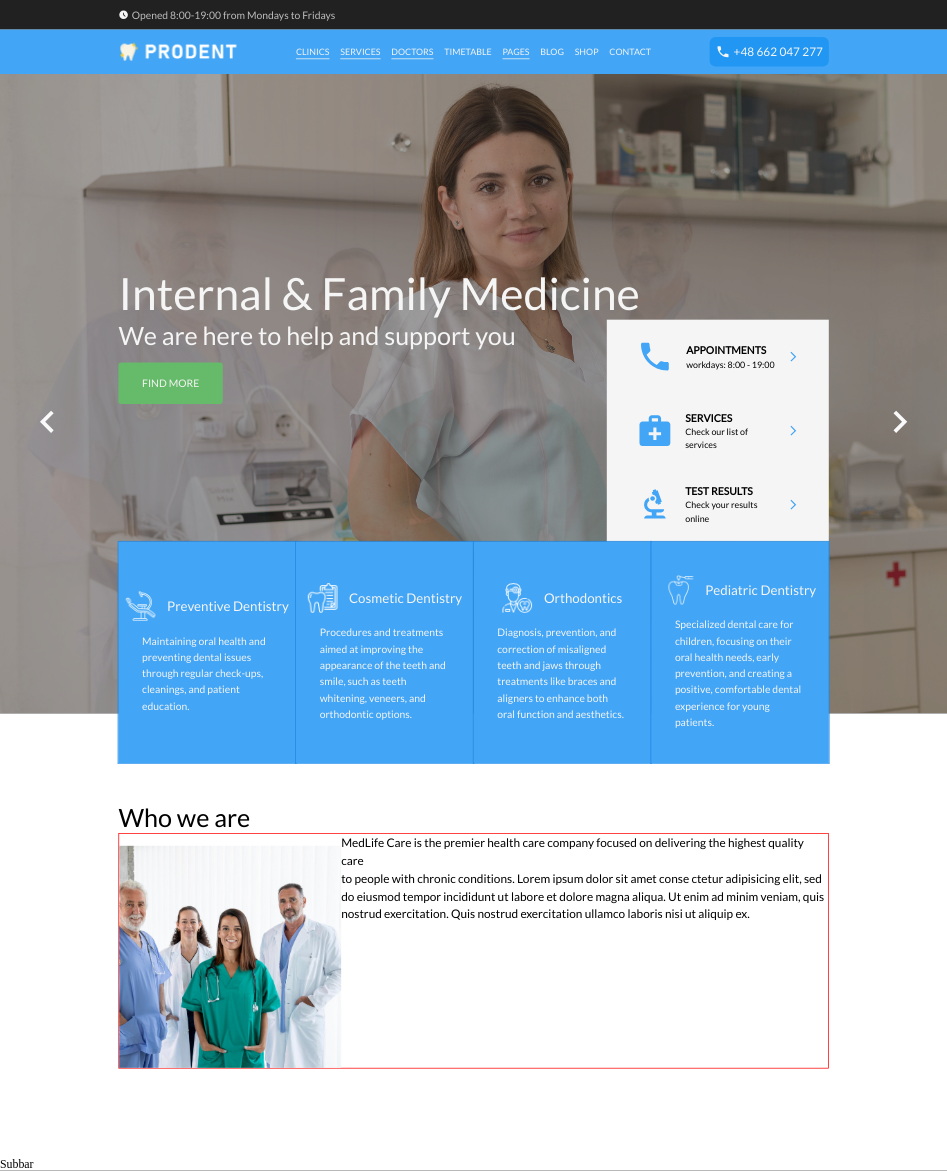
Repository: princ3-web/8
Page: /
An editor plug-in stored every save of this project. The page is shown before and after a run of saves, followed by the edit.
The browser window is 1280 px wide. The pictures show the whole page, at 74% of full size.
The project was rebuilt for these pictures with package versions that can differ from the ones it lists, and the page was loaded fresh each time. Also part of the build but not shown: vite.config.js, src/subpages/About.jsx, src/index.css.

Above is the page before, as saved 2023-11-02 15:16:48.

### index.html
<!doctype html>
<html lang="en">
  <head>
    <meta charset="UTF-8" />
    <link rel="icon" type="image/svg+xml" href="/vite.svg" />
    <meta name="viewport" content="width=device-width, initial-scale=1.0" />
    <title>Vite + React</title>
    <link rel="preconnect" href="https://fonts.googleapis.com">
    <link rel="preconnect" href="https://fonts.gstatic.com" crossorigin>
    <link href="https://fonts.googleapis.com/css2?family=Lato&display=swap" rel="stylesheet">
  </head>
  <body>
    <div id="root"></div>
    <script type="module" src="/src/main.jsx"></script>
  </body>
</html>

### src/App.jsx
import "./App.css";
import { Box } from "@mui/material";
import { Route, Routes } from "react-router-dom";
import Home from "./subpages/Home";
import About from "./subpages/About";
import Navbar from "./components/Navbar";
import Subbar from "./components/Subbar";
import { createTheme, ThemeProvider } from "@mui/material/styles";

function App() {

  const theme = createTheme({
    typography: {
      fontFamily: "Lato, sans-serif",
    },
  });



  return (
    <ThemeProvider theme={theme}>
    <Box>

      <Navbar />

      <Routes>
        <Route path="/" element={<Home />} />
        <Route path="/about" element={<About />} />
      </Routes>
      <Subbar />
    </Box>
    </ThemeProvider>
  );
}

export default App;

### src/App.css
body {
  padding: 0;
  margin: 0;
  overflow-x: "hidden";
}

### src/subpages/Home.jsx
import React, { useEffect, useState } from "react";
import { Box, CardMedia, Typography, Button, Fade } from "@mui/material";
import image1 from "../assets/images/1.jpg";
import image2 from "../assets/images/2.jpg";
import image3 from "../assets/images/3.jpg";
import image4 from "../assets/images/4.jpg";
import { green, grey, blue } from "@mui/material/colors";
import PhoneIcon from "@mui/icons-material/Phone";
import MedicalServicesIcon from "@mui/icons-material/MedicalServices";
import BiotechIcon from "@mui/icons-material/Biotech";
import ArrowForwardIosIcon from "@mui/icons-material/ArrowForwardIos";
import icon1 from "../assets/icons/1.png";
import icon2 from "../assets/icons/2.png";
import icon3 from "../assets/icons/3.png";
import icon4 from "../assets/icons/4.png";
import SingleCarousel from "../components/SingleCarousel";

const Menu = () => {
  const items0 = [
    {
      title: "Preventive Dentistry",
      text: "Maintaining oral health and preventing dental issues through regular check-ups, cleanings, and patient education.",
      icon: icon1,
    },
    {
      title: "Cosmetic Dentistry",
      text: "Procedures and treatments aimed at improving the appearance of the teeth and smile, such as teeth whitening, veneers, and orthodontic options.",
      icon: icon2,
    },
    {
      title: "Orthodontics",
      text: "Diagnosis, prevention, and correction of misaligned teeth and jaws through treatments like braces and aligners to enhance both oral function and aesthetics.      ",
      icon: icon3,
    },
    {
      title: "Pediatric Dentistry",
      text: "Specialized dental care for children, focusing on their oral health needs, early prevention, and creating a positive, comfortable dental experience for young patients.      ",
      icon: icon4,
    },
  ];

  const items1 = [
    {
      title: "APPOINTMENTS",
      text: "workdays: 8:00 - 19:00",
      icon: <PhoneIcon sx={{ color: blue[400], fontSize: "50px", mr: "1rem" }} />,
    },
    {
      title: "SERVICES",
      text: "Check our list of services",
      icon: <MedicalServicesIcon sx={{ color: blue[400], fontSize: "50px", mr: "1rem" }} />,
    },
    {
      title: "TEST RESULTS",
      text: "Check your results online",
      icon: <BiotechIcon sx={{ color: blue[400], fontSize: "50px", mr: "1rem" }} />,
    },
  ];

  return (
    <Box
      sx={{
        position: "absolute",
        display: "flex",
        flexDirection: "column",
        alignItems: "flex-end",
        boxSizing: "border-box",
        top: "60%",
        px: "160px",
        width: "100%",
      }}
    >
      <Box
        sx={{
          display: "flex",
          flexDirection: "column",
          justifyContent: "space-evenly",
          alignItems: "center",
          backgroundColor: grey[100],
          width: "300px",
          height: "300px",
        }}
      >
        {items1.map((item) => (
          <Box
            sx={{
              display: "flex",
              alignItems: "center",
              justifyContent: "space-between",
              width: "100%",
              height: "33%",
              boxSizing: "border-box",
              px: "40px",
              transition: "0.25s",
              ":hover": {
                backgroundColor: grey[300],
                cursor: "pointer",
              },
            }}
          >
            {item.icon}
            <Box>
              <Typography sx={{ fontSize: "14px", fontWeight: 600 }}>{item.title}</Typography>
              <Typography sx={{ fontSize: "12px" }}>{item.text}</Typography>
            </Box>
            <ArrowForwardIosIcon sx={{ color: blue[400], fontSize: "16px", ml: "1rem" }} />
          </Box>
        ))}
      </Box>
      <Box sx={{ display: "flex", width: "100%" }}>
        {items0.map((item) => (
          <Box
            sx={{
              display: "flex",
              flexDirection: "column",
              justifyContent: "center",
              alignItems: "center",
              backgroundColor: blue[400],
              width: "300px",
              height: "300px",
              outline: "1px solid " + blue[600],
              transition: "0.25s",
              ":hover": {
                backgroundColor: blue[500],
                cursor: "pointer",
              },
            }}
          >
            <Box sx={{ display: "flex", alignItems: "center", mb: "1rem" }}>
              <CardMedia
                component="img"
                src={item.icon}
                alt=""
                sx={{ width: "40px", mr: "1rem" }}
              />
              <Typography color={grey[100]} sx={{ fontSize: "18px" }}>
                {item.title}
              </Typography>
            </Box>
            <Typography color={grey[100]} variant="subtitle2" sx={{ px: "2rem" }}>
              {item.text}
            </Typography>
          </Box>
        ))}
      </Box>
    </Box>
  );
};

const Home = () => {
  const items0 = [
    {
      title: "Preventive Dentistry",
      text: "Maintaining oral health and preventing dental issues through regular check-ups, cleanings, and patient education.",
      icon: icon1,
    },
    {
      title: "Cosmetic Dentistry",
      text: "Procedures and treatments aimed at improving the appearance of the teeth and smile, such as teeth whitening, veneers, and orthodontic options.",
      icon: icon2,
    },
    {
      title: "Orthodontics",
      text: "Diagnosis, prevention, and correction of misaligned teeth and jaws through treatments like braces and aligners to enhance both oral function and aesthetics.      ",
      icon: icon3,
    },
    {
      title: "Pediatric Dentistry",
      text: "Specialized dental care for children, focusing on their oral health needs, early prevention, and creating a positive, comfortable dental experience for young patients.      ",
      icon: icon4,
    },
  ];

  const items1 = [
    {
      title: "APPOINTMENTS",
      text: "workdays: 8:00 - 19:00",
      icon: <PhoneIcon sx={{ color: blue[400], fontSize: "50px", mr: "1rem" }} />,
    },
    {
      title: "SERVICES",
      text: "Check our list of services",
      icon: <MedicalServicesIcon sx={{ color: blue[400], fontSize: "50px", mr: "1rem" }} />,
    },
    {
      title: "TEST RESULTS",
      text: "Check your results online",
      icon: <BiotechIcon sx={{ color: blue[400], fontSize: "50px", mr: "1rem" }} />,
    },
  ];

  const [currentImageIndex, setCurrentImageIndex] = useState(0);

  useEffect(() => {
    const interval = setInterval(() => {
      const nextIndex = (currentImageIndex + 1) % images.length;
      setCurrentImageIndex(nextIndex);
    }, 4000);

    return () => {
      clearInterval(interval);
    };
  }, [currentImageIndex]);

  const images = [image1, image2, image3, image4];

  return (
    <Box>
      <SingleCarousel images={images} />

      <Box sx={{ position: "absolute", top: "50%", left: "160px", zIndex: 1 }}>
        <Typography variant="h2" sx={{ color: grey[100] }}>
          Internal & Family Medicine
        </Typography>
        <Typography variant="h4" sx={{ color: grey[100] }}>
          We are here to help and support you
        </Typography>
        <Button
          sx={{
            backgroundColor: green[400],
            color: grey[100],
            py: "1rem",
            px: "2rem",
            mt: "1rem",
            "&:hover": {
              backgroundColor: green[700],
              cursor: "pointer",
            },
          }}
        >
          FIND MORE
        </Button>
      </Box>
      <Menu />
      <Box sx={{ boxSizing: "border-box", px: "160px", py: "120px" }}>
        <Typography variant="h4">Who we are</Typography>
        <Box sx={{ display: "flex", border:"1px solid red" }}>
          <CardMedia
            component="img"
            src={image1}
            alt=""
            sx={{ width: "300px", height: "300px", mt: "1rem" }}
          />
          <Box>
            <Typography>
              MedLife Care is the premier health care company focused on delivering the highest
              quality care
            </Typography>

          <Typography>
            to people with chronic conditions. Lorem ipsum dolor sit amet conse ctetur adipisicing
            elit, sed do eiusmod tempor incididunt ut labore et dolore magna aliqua. Ut enim ad
            minim veniam, quis nostrud exercitation. Quis nostrud exercitation ullamco laboris nisi
            ut aliquip ex.
          </Typography>
          </Box>
        </Box>
      </Box>
    </Box>
  );
};

export default Home;

### src/components/Navbar.jsx
import React from "react";
import { Box, Typography, CardMedia, Menu, MenuItem } from "@mui/material";
import { blue, grey } from "@mui/material/colors";
import PhoneIcon from "@mui/icons-material/Phone";
import AccessTimeFilledIcon from "@mui/icons-material/AccessTimeFilled";
import logo from "../assets/icons/logo.png";

const Navbar = () => {
  const items = [
    { name: "CLINICS", items: ["Dental Clinic 1", "Dental Clinic 2", "Dental Clinic 3"] },
    { name: "SERVICES", items: ["Orthodontics", "Cosmetic Dentistry", "Preventive Dentistry"] },
    { name: "DOCTORS", items: ["Dentist 1", "Dentist 2", "Dentist 3"] },
    { name: "TIMETABLE", items: [] },
    { name: "PAGES", items: ["Home Page", "About Us", "Services Page"] },
    { name: "BLOG", items: [] },
    { name: "SHOP", items: [] },
    {
      name: "CONTACT",
      items: [],
    },
  ];

  const handleMenuItemHover = (event, index) => {
    const dropdownMenu = event.currentTarget.querySelector(".dropdown-menu");
    if (dropdownMenu) {
      dropdownMenu.style.visibility = "visible";
      dropdownMenu.style.filter = "opacity(1)";
    }
  };

  const handleMenuItemLeave = (event) => {
    const dropdownMenu = event.currentTarget.querySelector(".dropdown-menu");
    if (dropdownMenu) {
      dropdownMenu.style.visibility = "hidden";
      dropdownMenu.style.filter = "opacity(0)";
    }
  };

  return (
    <Box sx={{ position: "relative", zIndex: 2 }}>
      <Box
        sx={{
          display: "flex",
          alignItems: "center",
          height: "40px",
          width: "100%",
          backgroundColor: grey[900],
          pl: "160px",
          boxSizing: "border-box",
        }}
      >
        <AccessTimeFilledIcon sx={{ color: grey[100], fontSize: "14px", mr: "0.25rem" }} />
        <Typography color={grey[400]} variant="subtitle2">
          Opened 8:00-19:00 from Mondays to Fridays
        </Typography>
      </Box>
      <Box
        sx={{
          display: "flex",
          justifyContent: "space-between",
          alignItems: "center",
          boxSizing: "border-box",
          px: "160px",
          backgroundColor: blue[400],
          height: "60px",
        }}
      >
        <Box>
          <CardMedia component="img" src={logo} alt="" sx={{ height: "30px" }} />
        </Box>
        <Box
          sx={{
            display: "flex",
            justifyContent: "space-between",
            alignItems: "center",
            width: "50%",
            height: "100%",
          }}
        >
          {items.map((item, index) => (
            <Box
              key={index}
              onMouseEnter={(e) => handleMenuItemHover(e, index)}
              onMouseLeave={handleMenuItemLeave}
              sx={{ display: "flex", alignItems: "center", height: "100%" }}
            >
              <Typography
                sx={{
                  color: grey[100],
                  textDecoration: item.items.length < 1 ? "none" : "underline",
                  textUnderlineOffset:"5px",
                  fontSize: "12px",
                  ":hover": { cursor: "pointer", color: blue[100] },
                }}
              >
                {item.name}
              </Typography>
              <Box
                className="dropdown-menu"
                sx={{
                  visibility: "hidden",
                  position: "absolute",
                  backgroundColor: grey[100],
                  transition: "0.5s",
                  filter: "opacity(0)",
                  fontSize: "12px",
                  mt: "190px",
                  ml: "-10px",
                  py:"0.5rem",
                }}
              >
                {item.items.map((item) => (

                  <MenuItem sx={{ fontSize: "12px", p:"1rem", pr:"7rem" }}>{item}</MenuItem>
                ))}
              </Box>
            </Box>
          ))}
        </Box>
        <Box
          sx={{
            display: "flex",
            alignItems: "center",
            p: "0.5rem",
            borderRadius: ".5rem",
            backgroundColor: blue[500],
          }}
        >
          <PhoneIcon sx={{ color: grey[100], fontSize: "20px", mr: "0.25rem" }} />
          <Typography color={grey[100]}>+48 662 047 277</Typography>
        </Box>
      </Box>
    </Box>
  );
};

export default Navbar;

### src/components/Subbar.jsx
import React from 'react'

const Subbar = () => {
  return (
    <div>Subbar</div>
  )
}

export default Subbar

### src/components/SingleCarousel.jsx
import React, { useState, useEffect } from "react";
import KeyboardArrowLeftIcon from "@mui/icons-material/KeyboardArrowLeft";
import KeyboardArrowRightIcon from "@mui/icons-material/KeyboardArrowRight";
import IconButton from "@mui/material/IconButton";
import Box from "@mui/material/Box";
import { grey } from "@mui/material/colors";
import { CardMedia } from "@mui/material";

const SingleCarousel = ({ images }) => {
  const [index, setIndex] = useState(0);
  const [transition, setTransition] = useState(false);
  const [hover, setHover] = useState(false);

  useEffect(() => {
    const interval = setInterval(() => {
      setIndex((state) => (state === images.length - 1 ? 0 : state + 1));
    }, 5000);

    return () => {
      clearInterval(interval);
    };
  }, [hover]);

  const handlePrevious = () => {
    if (!transition) {
      setTransition(true);
      setIndex((state) => (state > 0 ? setIndex(state - 1) : setIndex(images.length - 1)));
      setTimeout(() => setTransition(false), 500);
    }
  };

  const handleNext = () => {
    if (!transition) {
      setTransition(true);
      setIndex((state) => (state < images.length - 1 ? setIndex(state + 1) : setIndex(0)));
      setTimeout(() => setTransition(false), 500);
    }
  };

  return (
    <Box height={"120vh"} sx={{ position: "relative", overflow: "hidden", backgroundColor: grey[900] }}>
      {images.map((item, n) => (
        <Box
          sx={{
            position: "absolute",
            justifyContent: "center",
            alignContent: "center",
            width: "100%",
            height: "100%",
            transition: "2s",
            filter: n === index ? "Opacity(1)" : "Opacity(0)",
          }}
        >
          <CardMedia
            component="img"
            src={item}
            sx={{ height: "100%", filter: "brightness(0.8)" }}
          />

        </Box>
      ))}
      <Box
        sx={{
          position: "absolute",
          display: "flex",
          justifyContent: "space-between",
          width: "96%",
          left: "2%",
          top: "50%",
        }}
      >
        <IconButton
          onClick={handlePrevious}
          onMouseOver={() => setHover(true)}
          onMouseLeave={() => setHover(false)}
        >
          <KeyboardArrowLeftIcon style={{ color: grey[50], zIndex: 10, fontSize: 60 }} />
        </IconButton>
        <IconButton
          onClick={handleNext}
          onMouseOver={() => setHover(true)}
          onMouseLeave={() => setHover(false)}
        >
          <KeyboardArrowRightIcon style={{ color: grey[50], zIndex: 10, fontSize: 60 }} />
        </IconButton>
      </Box>
    </Box>
  );
};

export default SingleCarousel;

Loaded but not shown: src/main.jsx (common file); src/index.css (no copy from this time; the picture is the same without it)

After the next 3 saves:
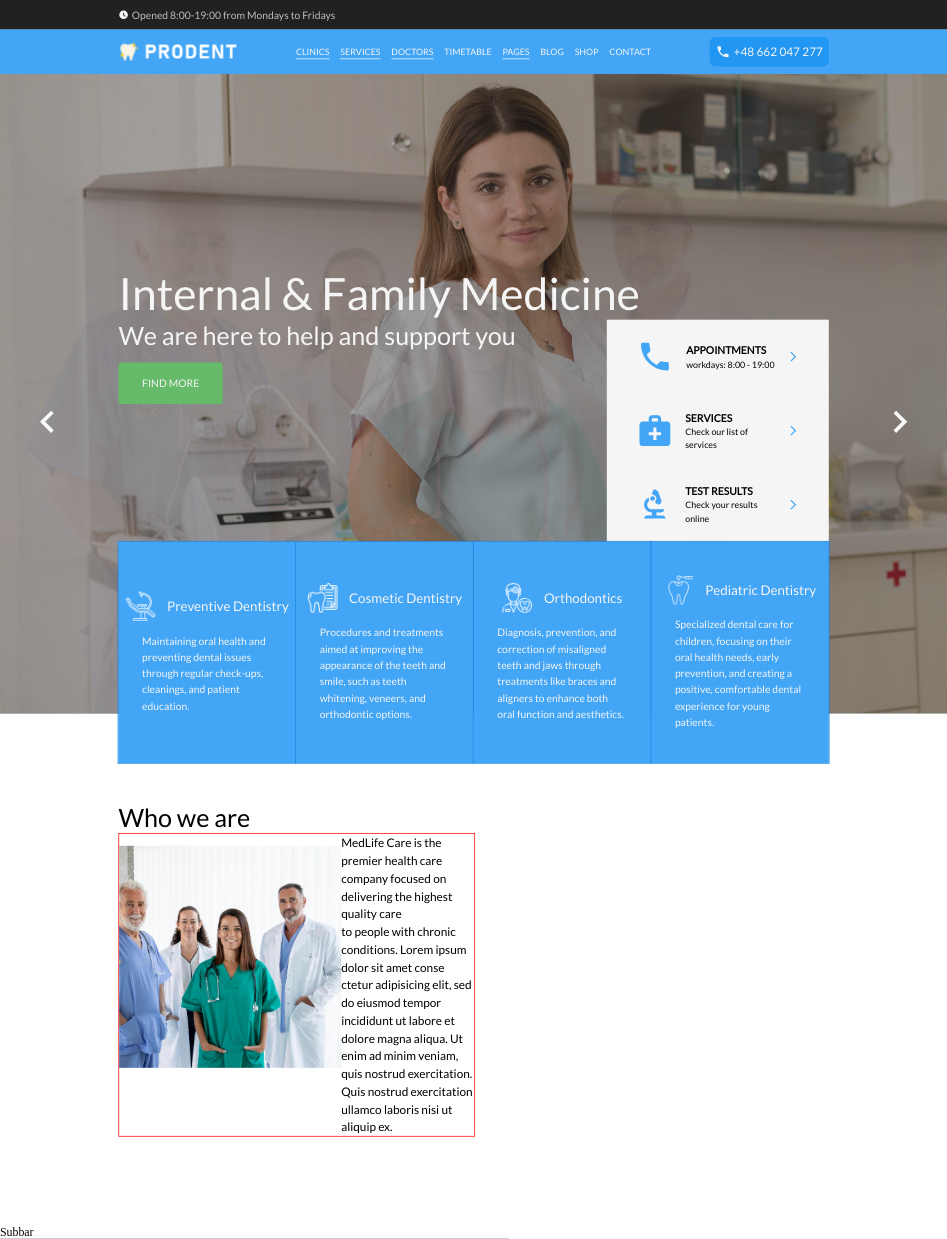
The 3 saves are shown as one change because they came seconds apart.
The last was saved 7 s later.
--- a/src/subpages/Home.jsx
+++ b/src/subpages/Home.jsx
@@ -234,7 +234,7 @@ const Home = () => {
       <Menu />
       <Box sx={{ boxSizing: "border-box", px: "160px", py: "120px" }}>
         <Typography variant="h4">Who we are</Typography>
-        <Box sx={{ display: "flex", border:"1px solid red" }}>
+        <Box sx={{ display: "flex", border:"1px solid red", width:"50%" }}>
           <CardMedia
             component="img"
             src={image1}
